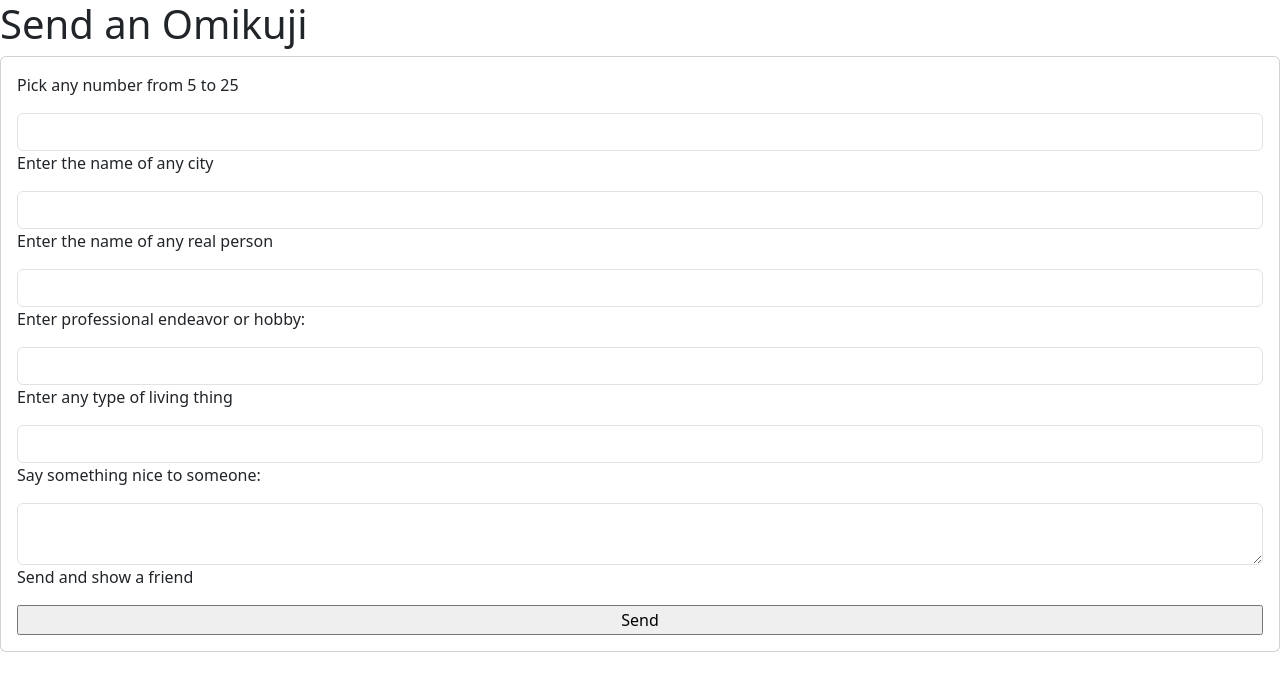
Repository: ShathaMorales/Java-Stack
Page: http://localhost/OmikujiForm/WEB-INF/index.jsp
The author's editor kept a copy of each file at every save. The page is drawn from the files as they stood at one save, then again after the next save.
The browser window is 1280 px wide. The pictures show the whole page.
The page is served by Tomcat 10. Nobody is signed in. The template is opened directly, without the code that normally fills it, so the values that code supplies are empty.

Above is the page before, as saved 2023-05-06 10:37:12.

After the next save:
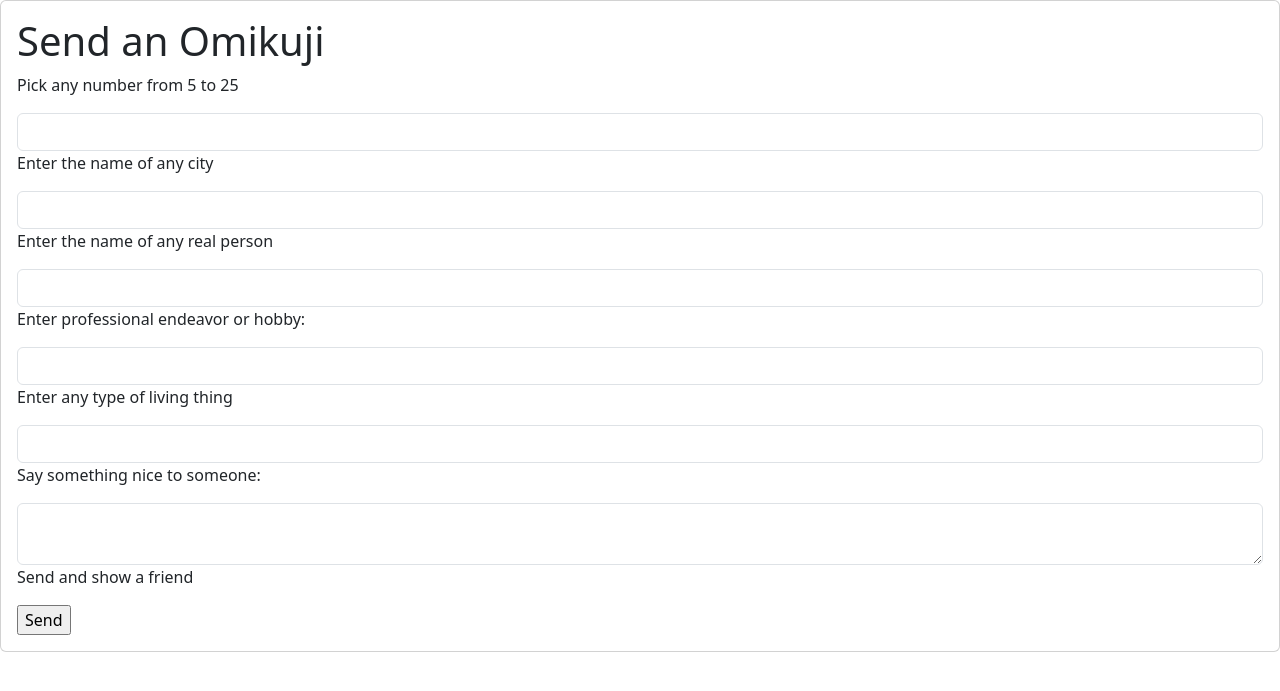
Saved 10 s later.
--- a/_java/JavaSpring/OmikujiForm/OmikujiForm/src/main/webapp/WEB-INF/index.jsp
+++ b/_java/JavaSpring/OmikujiForm/OmikujiForm/src/main/webapp/WEB-INF/index.jsp
@@ -10,9 +10,9 @@
 <title>Omikuji Form</title>
 </head>
 <body>
-	<div>
+	<div class="card p-3 bg">
 		<h1>Send an Omikuji</h1>
-		<form class="card p-3 bg" action="/omikuji/handle" method="POST">
+		<form action="/omikuji/handle" method="POST">
 			<p><label>Pick any number from 5 to 25</label></p>
 			<input class="form-control" type="number" name="number">
 
